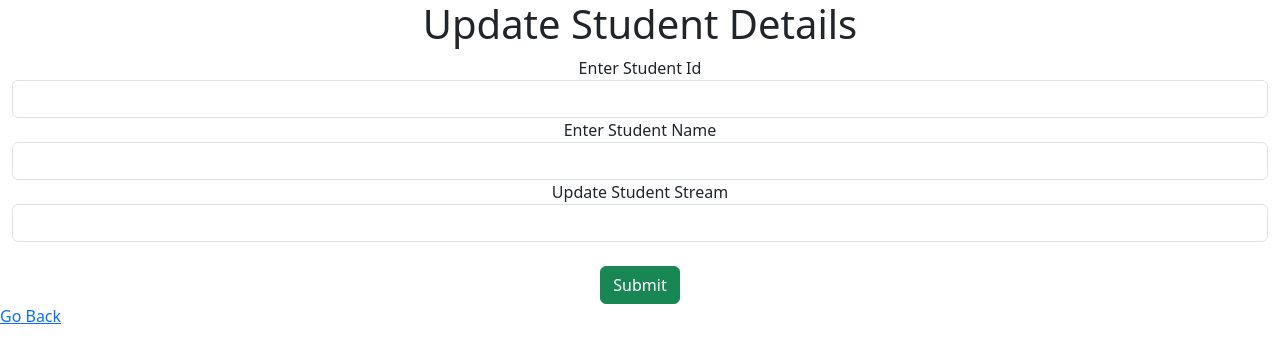
Repository: SNEHASHINDE26/JDBC
Page: eclipse-workspace/StudentApp/src/main/webapp/Update.html
An editor plug-in stored every save of this project. The page is shown before and after the next save, followed by the edit.
The browser window is 1280 px wide. The pictures show the whole page.

Above is the page before, as saved 2024-01-17 12:44:28.

### eclipse-workspace/StudentApp/src/main/webapp/Update.html
<!DOCTYPE html>
<html>
<head>
<meta charset="ISO-8859-1">
<title>Update Student</title>
<link href="https://cdn.jsdelivr.net/npm/bootstrap@5.3.0-alpha1/dist/css/bootstrap.min.css" rel="stylesheet" integrity="sha384-GLhlTQ8iRABdZLl6O3oVMWSktQOp6b7In1Zl3/Jr59b6EGGoI1aFkw7cmDA6j6gD" crossorigin="anonymous">

</head>
<body>
      <div class="container-fluid text-center ">

       <h1>Update Student Details</h1>

        <form action="updatelink" method="post">

           <div class="form-group">
              <label>Enter Student Id</label>
              <input type="text" class="form-control"name="studentid">
           </div>

           <div class="form-group">
              <label>Enter Student Name</label>
              <input type="text" class="form-control"name="studentname">
           </div>

           <div class="form-group">
              <label>Update Student Stream</label>
              <input type="text" class="form-control"name="studentstream">
           </div>

           <div class="form-group mt-4">
              <input type="submit" vlaue="UPDATE STUDENT"class="btn btn-success">
           </div>

        </form>

      </div>

<a href="index.html">Go Back</a>

</body>
<footer>
        <script src="https://cdn.jsdelivr.net/npm/bootstrap@5.3.0-alpha1/dist/js/bootstrap.bundle.min.js" integrity="sha384-w76AqPfDkMBDXo30jS1Sgez6pr3x5MlQ1ZAGC+nuZB+EYdgRZgiwxhTBTkF7CXvN" crossorigin="anonymous"></script>
</footer>
</html>

After the next save:
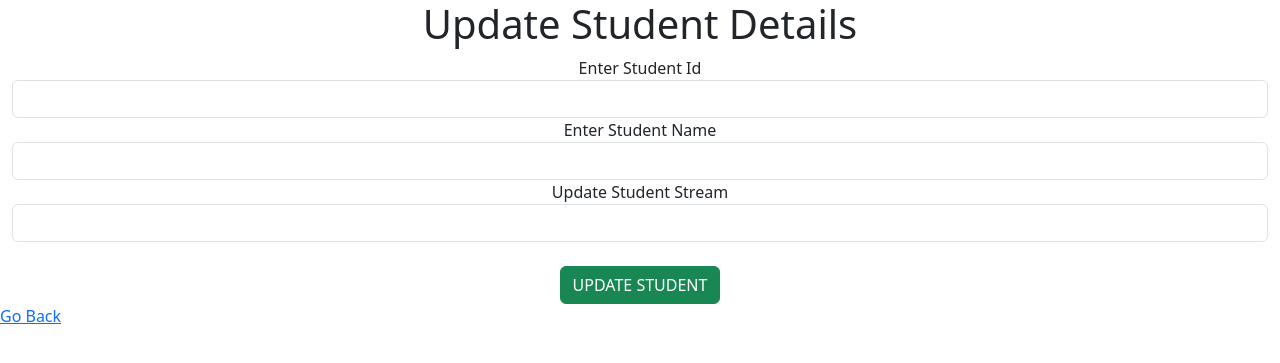
Saved 40 s later.
--- a/eclipse-workspace/StudentApp/src/main/webapp/Update.html
+++ b/eclipse-workspace/StudentApp/src/main/webapp/Update.html
@@ -29,7 +29,7 @@
            </div>
 
            <div class="form-group mt-4">
-              <input type="submit" vlaue="UPDATE STUDENT"class="btn btn-success">
+              <input type="submit" value="UPDATE STUDENT"class="btn btn-success">
            </div>
 
         </form>
